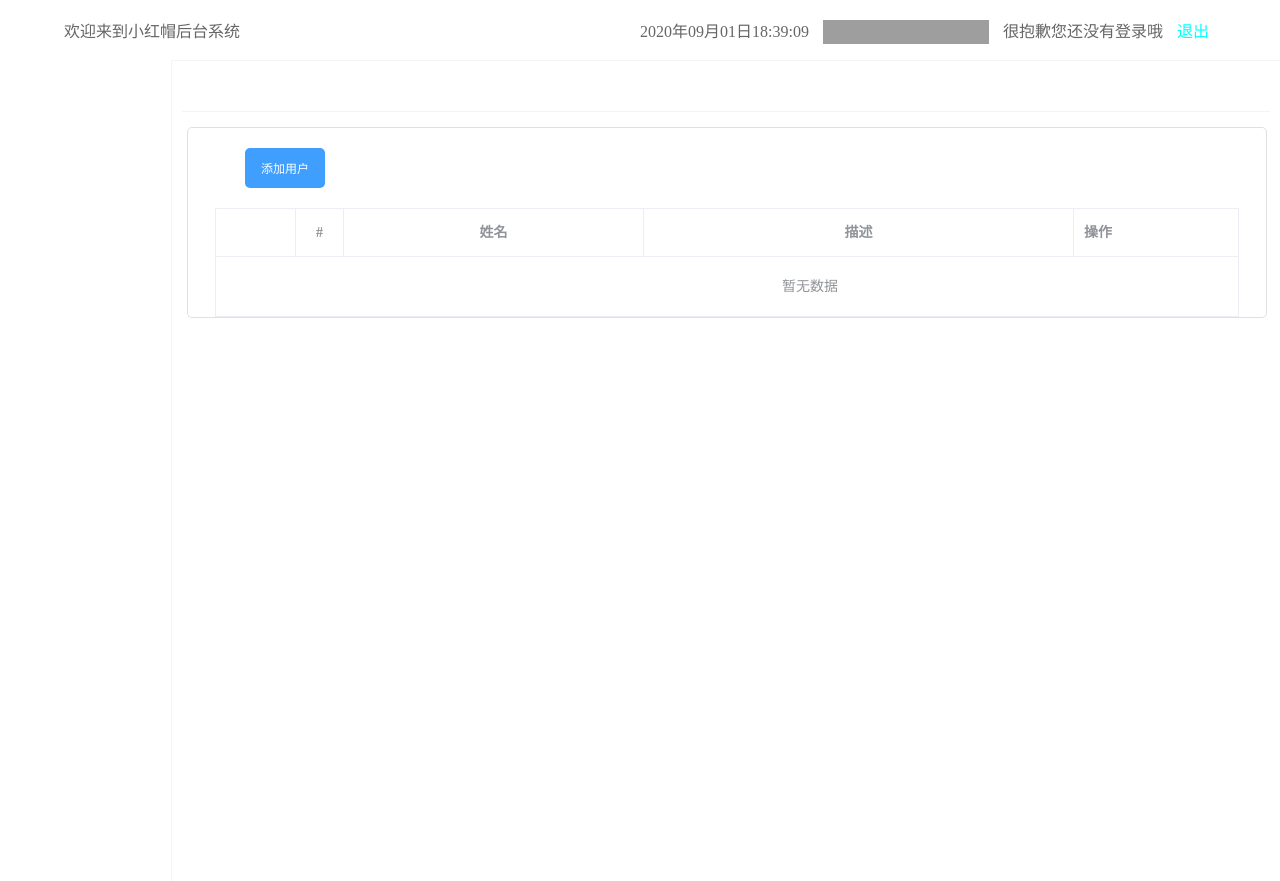
Repository: jinggegeZ/whitesystem
Page: /rights/roles
The author's editor kept a copy of each file at every save. The page is drawn from the files as they stood at one save, then again after the next save.
The browser window is 1280 px wide. The pictures show the whole page.
Pictures or frames that could not be fetched are drawn as grey boxes. The page's requests for data from a server got no answer. The project was rebuilt for these pictures with package versions that can differ from the ones it lists, and the page was loaded fresh each time. No one was signed in, and anything a server would have sent is missing. Also part of the build but not shown: vue.config.js, src/views/Home.vue.

Above is the page before, as saved 2020-09-02 12:52:46.

After the next save:
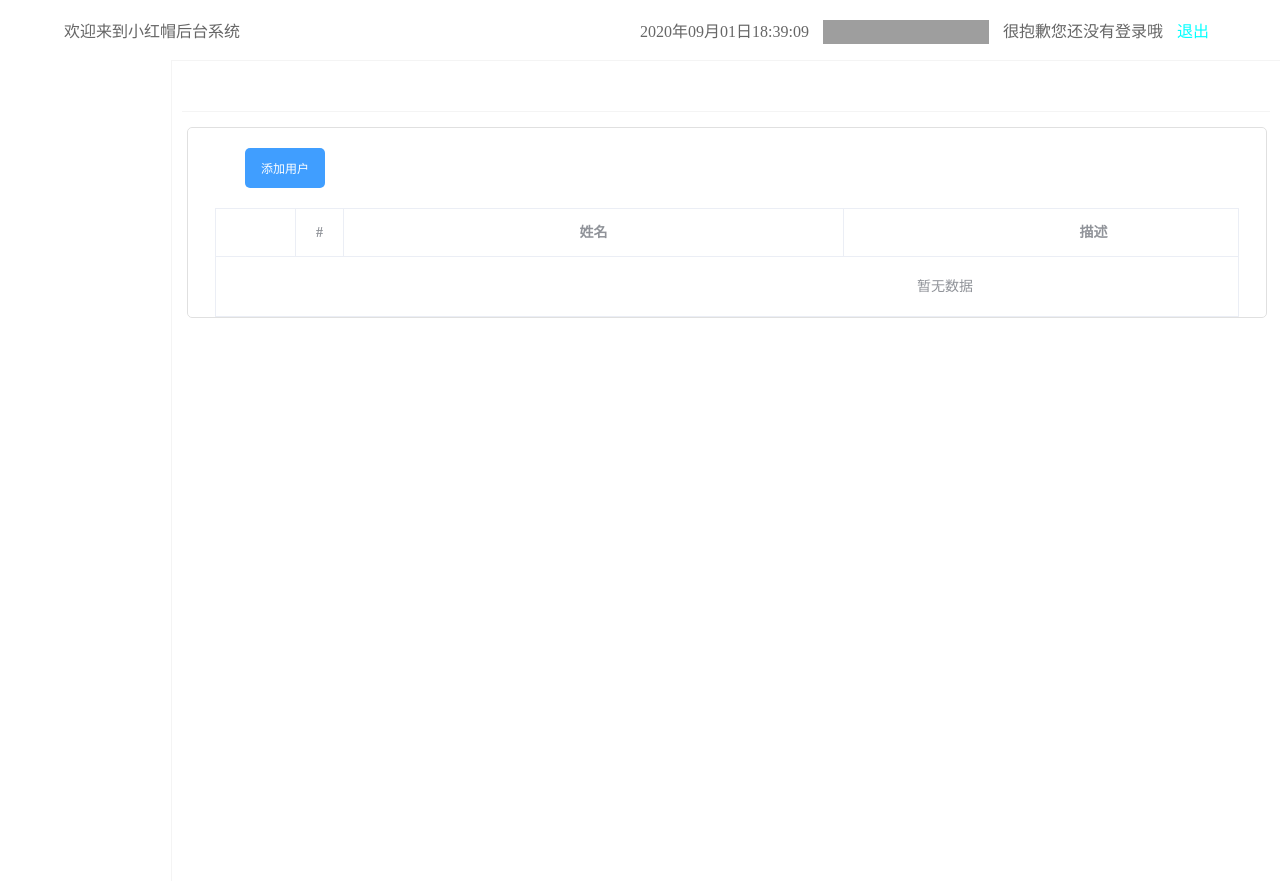
Saved 35 s later.
--- a/src/views/roleList/RoleList.vue
+++ b/src/views/roleList/RoleList.vue
@@ -51,9 +51,9 @@
             <!-- 下标 -->
             <el-table-column label="#" type="index" :index="indexMethod" align="center"></el-table-column>
             <!-- 姓名 -->
-            <el-table-column prop="roleName" label="姓名" width="300" align="center"></el-table-column>
+            <el-table-column prop="roleName" label="姓名" width="500" align="center"></el-table-column>
             <!-- 角色 -->
-            <el-table-column prop="roleDesc" label="描述" width="430" align="center"></el-table-column>
+            <el-table-column prop="roleDesc" label="描述" width="500" align="center"></el-table-column>
             <!-- 操作 -->
             <el-table-column label="操作" width="330">
               <template slot-scope="scope">
